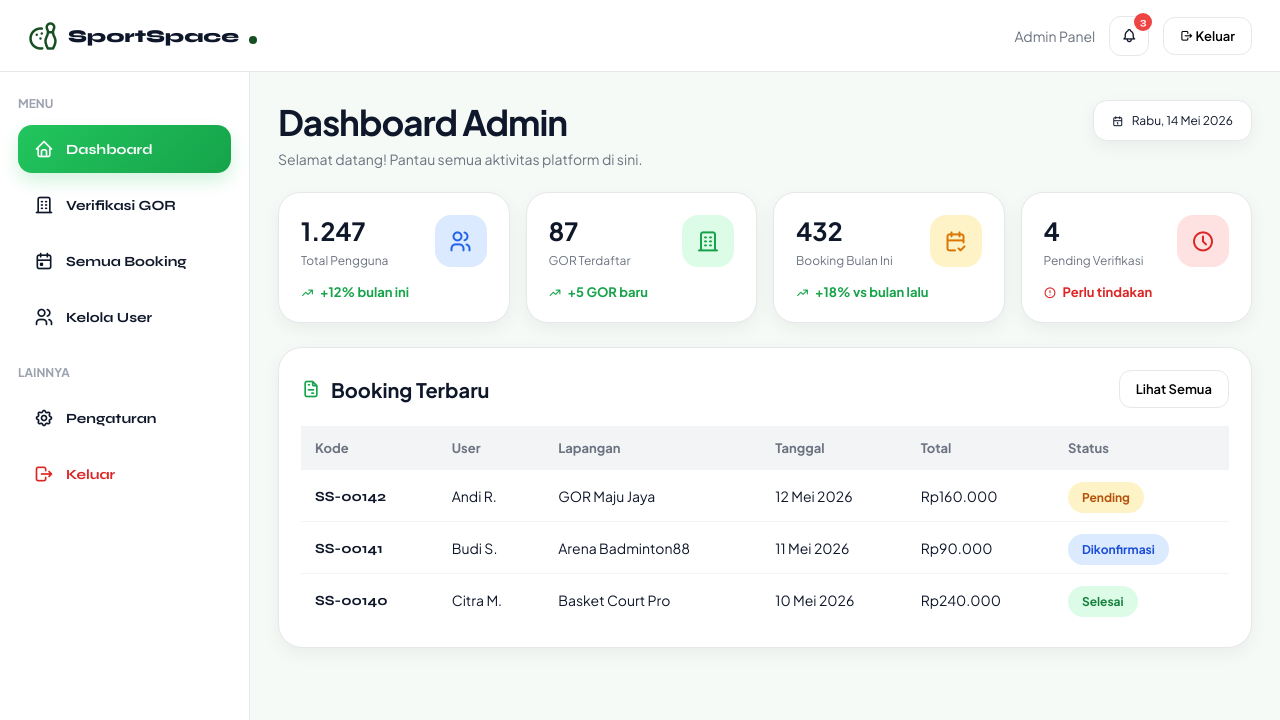
Repository: vira633/SportSpace
Page: dashboard-admin.html
These files come from the project's save history. The page is drawn as it stood at one moment and after the next save; the edit follows.
The browser window is 1280 px wide. The pictures show the whole page.
Some web libraries are served in a nearby version.

Above is the page before, as saved 2026-05-17 00:46:12.

### dashboard-admin.html
<!DOCTYPE html>
<html lang="id">
<head>
  <meta charset="UTF-8">
  <meta name="viewport" content="width=device-width, initial-scale=1.0">
  <title>Dashboard Admin — SportSpace</title>
  <link rel="stylesheet" href="admin.css">
  <link rel="stylesheet" href="https://cdn.jsdelivr.net/npm/@tabler/icons-webfont@3.31.0/dist/tabler-icons.min.css">
</head>

<body>

  <!-- TOAST NOTIFICATION -->
  <div id="toast" class="toast">
    <i class="ti ti-circle-check"></i>
    <span id="toastText">Berhasil!</span>
  </div>

  <!-- MODAL DETAIL USER -->
  <div class="modal-overlay" id="detailModal">
    <div class="detail-modal">
      <div class="modal-header">
        <h2>Detail User</h2>
        <button class="close-btn"
        onclick="closeDetailModal()">
          <i class="ti ti-x"></i>
        </button>

      </div>
      <div class="detail-content">
        <div class="detail-avatar">
          A
        </div>
        <h3>Riska Aprilia</h3>

        <p class="detail-role">
          User SportSpace
        </p>

        <div class="detail-list">
          <div class="detail-item">
            <span>Email</span>
            <strong>riska@gmail.com</strong>
          </div>

          <div class="detail-item">
            <span>No HP</span>
            <strong>0812-3456-7890</strong>
          </div>

          <div class="detail-item">
            <span>Status</span>
            <strong>Aktif</strong>
          </div>

          <div class="detail-item">
            <span>Bergabung</span>
            <strong>Januari 2026</strong>
          </div>
        </div>
      </div>
    </div>
  </div>

  <!-- NAVBAR -->
  <nav class="navbar">
    <a href="index.html"class="navbar-brand">
      <i class="ti ti-bowling"></i>
      <span>SportSpace</span>
      <div class="dot"></div>
    </a>

    <div class="navbar-actions">
      <span class="admin-text">
        Admin Panel
      </span>
      <div class="notif-container">

  <div class="notif" onclick="toggleNotif()">
    <i class="ti ti-bell"></i>
    <div class="notif-badge" id="notifBadge">
      3
    </div>
  </div>

  <div class="notif-dropdown"
  id="notifDropdown">

    <div class="notif-item">
      <i class="ti ti-building"></i>
      <span>
        GOR baru menunggu verifikasi
      </span>
    </div>

    <div class="notif-item">
      <i class="ti ti-calendar-event"></i>
      <span>
        Booking baru berhasil masuk
      </span>
    </div>

    <div class="notif-item">
      <i class="ti ti-users"></i>
      <span>
        Ada user baru terdaftar
      </span>
    </div>
  </div>
</div>

<a href="login.html">
  <button class="btn btn-outline btn-sm">
     <i class="ti ti-logout"></i>
     Keluar
    </button>
  </a>
 </div>
</nav>

  <!-- LAYOUT -->
   <div class="dashboard-layout">

    <!-- SIDEBAR -->
    <aside class="sidebar">
      <div>

        <div class="sidebar-section">
          MENU
        </div>

        <div class="sidebar-menu">

          <div class="sidebar-item active" onclick="showSection('dashboard', this)">
            <i class="ti ti-home"></i>
            <span>Dashboard</span>
          </div>

          <div class="sidebar-item"
          onclick="showSection('venue', this)">
            <i class="ti ti-building"></i>
            <span>Verifikasi GOR</span>
          </div>

          <div class="sidebar-item"
          onclick="showSection('booking', this)">
            <i class="ti ti-calendar-event"></i>
            <span>Semua Booking</span>
          </div>

          <div class="sidebar-item"
          onclick="showSection('user', this)">
            <i class="ti ti-users"></i>
            <span>Kelola User</span>
          </div>
        </div>

        <div class="sidebar-section extra">
          LAINNYA
        </div>

        <div class="sidebar-menu">

          <div class="sidebar-item"
          onclick="showSection('setting', this)">
            <i class="ti ti-settings"></i>
            <span>Pengaturan</span>
          </div>

          <a href="login.html" class="logout-link">
            <div class="sidebar-item logout">
              <i class="ti ti-logout"></i>
              <span>Keluar</span>
            </div>
          </a>
        </div>
      </div>
    </aside>

    <!-- CONTENT -->
    <main class="dashboard-content">

      <!-- DASHBOARD -->
      <section id="section-dashboard">
        <div class="top-header">
          <div>
            <h1 class="page-title">
              Dashboard Admin
            </h1>

            <p class="page-sub">
              Selamat datang! Pantau semua aktivitas platform di sini.
            </p>
          </div>

          <div class="date-card">
            <i class="ti ti-calendar"></i>
            Rabu, 14 Mei 2026
          </div>
        </div>

        <!-- STATS -->
        <div class="stats-grid">
          <div class="stat-card">
            <div class="stat-top">
              <div>
                <div class="stat-value">
                  1.247
                </div>

                <div class="stat-label">
                  Total Pengguna
                </div>
              </div>

              <div class="stat-icon blue-bg">
                <i class="ti ti-users"></i>
              </div>
            </div>

            <div class="stat-change stat-up">
              <i class="ti ti-trending-up"></i>
              +12% bulan ini
            </div>
          </div>

          <div class="stat-card">
            <div class="stat-top">
              <div>
                <div class="stat-value">
                  87
                </div>

                <div class="stat-label">
                  GOR Terdaftar
                </div>
              </div>

              <div class="stat-icon green-bg">
                <i class="ti ti-building"></i>
              </div>
            </div>

            <div class="stat-change stat-up">
              <i class="ti ti-trending-up"></i>
              +5 GOR baru
            </div>
          </div>

          <div class="stat-card">
            <div class="stat-top">
              <div>

                <div class="stat-value">
                  432
                </div>

                <div class="stat-label">
                  Booking Bulan Ini
                </div>
              </div>

              <div class="stat-icon amber-bg">
                <i class="ti ti-calendar-check"></i>
              </div>
            </div>

            <div class="stat-change stat-up">
              <i class="ti ti-trending-up"></i>
              +18% vs bulan lalu
            </div>
          </div>

          <div class="stat-card">
            <div class="stat-top">
              <div>

                <div class="stat-value">
                  4
                </div>

                <div class="stat-label">
                  Pending Verifikasi
                </div>
              </div>

              <div class="stat-icon red-bg">
                <i class="ti ti-clock"></i>
              </div>
            </div>

            <div class="stat-change danger">
              <i class="ti ti-alert-circle"></i>
              Perlu tindakan
            </div>
          </div>
        </div>

        <!-- BOOKING TERBARU -->
        <div class="card">
          <div class="card-header">
            <div class="card-title">
              <i class="ti ti-file-invoice"></i>
              Booking Terbaru
            </div>

            <button class="btn btn-outline btn-sm"
            onclick="openBookingSection()">
              Lihat Semua
            </button>
          </div>

          <div class="table-wrapper">
            <table class="table">
              <thead>
                <tr>
                  <th>Kode</th>
                  <th>User</th>
                  <th>Lapangan</th>
                  <th>Tanggal</th>
                  <th>Total</th>
                  <th>Status</th>
                </tr>
              </thead>
              <tbody>

                <tr>
                  <td><strong>SS-00142</strong></td>
                  <td>Andi R.</td>
                  <td>GOR Maju Jaya</td>
                  <td>12 Mei 2026</td>
                  <td>Rp160.000</td>
                  <td><span class="badge badge-amber">Pending</span></td>
                </tr>

                <tr>
                  <td><strong>SS-00141</strong></td>
                  <td>Budi S.</td>
                  <td>Arena Badminton88</td>
                  <td>11 Mei 2026</td>
                  <td>Rp90.000</td>
                  <td><span class="badge badge-blue">Dikonfirmasi</span></td>
                </tr>

                <tr>
                  <td><strong>SS-00140</strong></td>
                  <td>Citra M.</td>
                  <td>Basket Court Pro</td>
                  <td>10 Mei 2026</td>
                  <td>Rp240.000</td>
                  <td><span class="badge badge-green">Selesai</span></td>
                </tr>
              </tbody>
            </table>
          </div>
        </div>
      </section>

      <!-- VERIFIKASI -->
      <section id="section-venue" class="hidden">
        <div class="top-header">
          <div>
            <h1 class="page-title">
              Verifikasi GOR
            </h1>
            <p class="page-sub">
              Kelola dan verifikasi GOR baru sebelum tampil di platform.
            </p>
          </div>
        </div>
        <div class="venue-grid">
          <div class="venue-card">
            <div class="venue-top">
              <div class="venue-icon">
                <i class="ti ti-building-stadium"></i>
              </div>
              <span class="badge badge-amber">
                Pending
              </span>
            </div>

            <h3 class="venue-title">
              GOR Sejahtera Mandiri
            </h3>

            <div class="venue-location">
              <i class="ti ti-map-pin"></i>
              Sleman, Yogyakarta
            </div>

            <div class="venue-info-list">
              <div>
                <i class="ti ti-user"></i>
                Pemilik: Bapak Hendra
              </div>

              <div>
                <i class="ti ti-calendar"></i>
                Daftar: 09 Mei 2026
              </div>

              <div>
                <i class="ti ti-ball-football"></i>
                Futsal & Badminton
              </div>
            </div>

            <div class="venue-actions">

              <button class="btn btn-primary btn-sm" onclick="showToast('GOR berhasil diterima!')">
                Terima
              </button>

              <button class="btn btn-outline btn-sm reject-btn" onclick="showToast('GOR berhasil ditolak!')">
                Tolak
              </button>
            </div>
          </div>
        </div>
      </section>

      <!-- BOOKING -->
      <section id="section-booking" class="hidden">
        <div class="top-header">
          <div>

            <h1 class="page-title">
              Semua Booking
            </h1>

            <p class="page-sub">
              Pantau seluruh transaksi booking pengguna SportSpace.
            </p>
          </div>
        </div>

        <div class="card">
          <div class="card-header">
            <div class="card-title">
              <i class="ti ti-receipt"></i>
              Data Booking
            </div>
          </div>
          <div class="table-wrapper">
            <table class="table">
              <thead>
                <tr>
                  <th>Kode</th>
                  <th>User</th>
                  <th>Lapangan</th>
                  <th>Tanggal</th>
                  <th>Jam</th>
                  <th>Total</th>
                  <th>Status</th>
                </tr>
              </thead>
              <tbody>

                <tr>
                  <td><strong>SS-00142</strong></td>
                  <td>Andi R.</td>
                  <td>Futsal A</td>
                  <td>12 Mei 2026</td>
                  <td>13.00 - 15.00</td>
                  <td>Rp160.000</td>
                  <td><span class="badge badge-amber">Pending</span></td>
                </tr>

                <tr>
                  <td><strong>SS-00141</strong></td>
                  <td>Budi S.</td>
                  <td>Badminton A</td>
                  <td>11 Mei 2026</td>
                  <td>09.00 - 11.00</td>
                  <td>Rp90.000</td>
                  <td><span class="badge badge-blue">Dikonfirmasi</span></td>
                </tr>
              </tbody>
            </table>
          </div>
        </div>
      </section>

      <!-- USER -->
      <section id="section-user" class="hidden">
        <div class="top-header">
          <div>
            <h1 class="page-title">
              Kelola User
            </h1>

            <p class="page-sub">
              Pantau akun pengguna dan owner yang terdaftar.
            </p>
          </div>
        </div>

        <div class="user-grid">
          <div class="user-card">
            <div class="user-top">
              <div class="user-avatar">
                A
              </div>

              <span class="badge badge-blue">
                User
              </span>
            </div>

            <h3 class="user-name">
              Riska Aprilia
            </h3>

            <div class="user-email">
              riska@gmail.com
            </div>

            <div class="user-role">
              Bergabung sejak Januari 2026
            </div>

            <div class="user-actions">

              <button class="btn btn-outline btn-sm"
              onclick="openDetailModal()">
                Detail
              </button>

              <button class="btn btn-outline btn-sm reject-btn"
              onclick="showToast('User berhasil diblokir!')">
                Ban
              </button>
            </div>
          </div>
        </div>
      </section>

      <!-- SETTING -->
      <section id="section-setting" class="hidden">
        <div class="top-header">
          <div>

            <h1 class="page-title">
              Pengaturan
            </h1>

            <p class="page-sub">
              Atur konfigurasi utama platform SportSpace.
            </p>
          </div>
        </div>

        <div class="setting-grid">
          <div class="setting-card">
            <h3>
              Pengaturan Platform
            </h3>

            <div class="form-group">
              <label>
                Nama Platform
              </label>

              <input type="text"
              value="SportSpace">
            </div>

            <div class="form-group">
              <label>
                Email Admin
              </label>
              <input type="email"
              value="admin@sportspace.com">
            </div>

            <button class="btn btn-primary btn-sm"
            onclick="showToast('Perubahan berhasil disimpan!')">
              Simpan Perubahan
            </button>
          </div>
        </div>
      </section>
    </main>
  </div>

  <script>
    function showSection(name, item){
      document
      .querySelectorAll('[id^="section-"]')
      .forEach(section => {
        section.classList.add('hidden');
      });

      document
      .getElementById('section-' + name)
      .classList.remove('hidden');

      document
      .querySelectorAll('.sidebar-item')
      .forEach(menu => {
        menu.classList.remove('active');
      });

      item.classList.add('active');
    }

    function openBookingSection(){
      document
      .querySelectorAll('[id^="section-"]')
      .forEach(section => {
        section.classList.add('hidden');
      });

      document
      .getElementById('section-booking')
      .classList.remove('hidden');

      document
      .querySelectorAll('.sidebar-item')
      .forEach(menu => {
        menu.classList.remove('active');
      });

      document
      .querySelectorAll('.sidebar-item')[2]
      .classList.add('active');
    }

    function toggleProfileMenu(){
      const dropdown =
      document.getElementById('profileDropdown');

      dropdown.classList.toggle('active');
    }

    function showToast(message){
      const toast =
      document.getElementById('toast');

      const toastText =
      document.getElementById('toastText');

      toastText.innerText = message;

      toast.classList.add('show');

      setTimeout(() => {
        toast.classList.remove('show');
      }, 3000);
    }

    function openDetailModal(){
      document
      .getElementById('detailModal')
      .classList.add('active');
    }

    function closeDetailModal(){
      document
      .getElementById('detailModal')
      .classList.remove('active');
    }

    function toggleNotif(){
      const dropdown =
      document.getElementById('notifDropdown');

      const badge =
      document.getElementById('notifBadge');

      dropdown.classList.toggle('active');

      if(dropdown.classList.contains('active')){
         badge.style.display = 'none';
  }
}

window.addEventListener('click', function(e){
  if(
    !e.target.closest('.notif-container')
  ){
    const notif =
    document.getElementById('notifDropdown');

    if(notif){
      notif.classList.remove('active');
    }
  }
}
);
  </script>
</body>
</html>

Loaded but not shown: admin.css (1012 lines, source omitted)

After the next save:
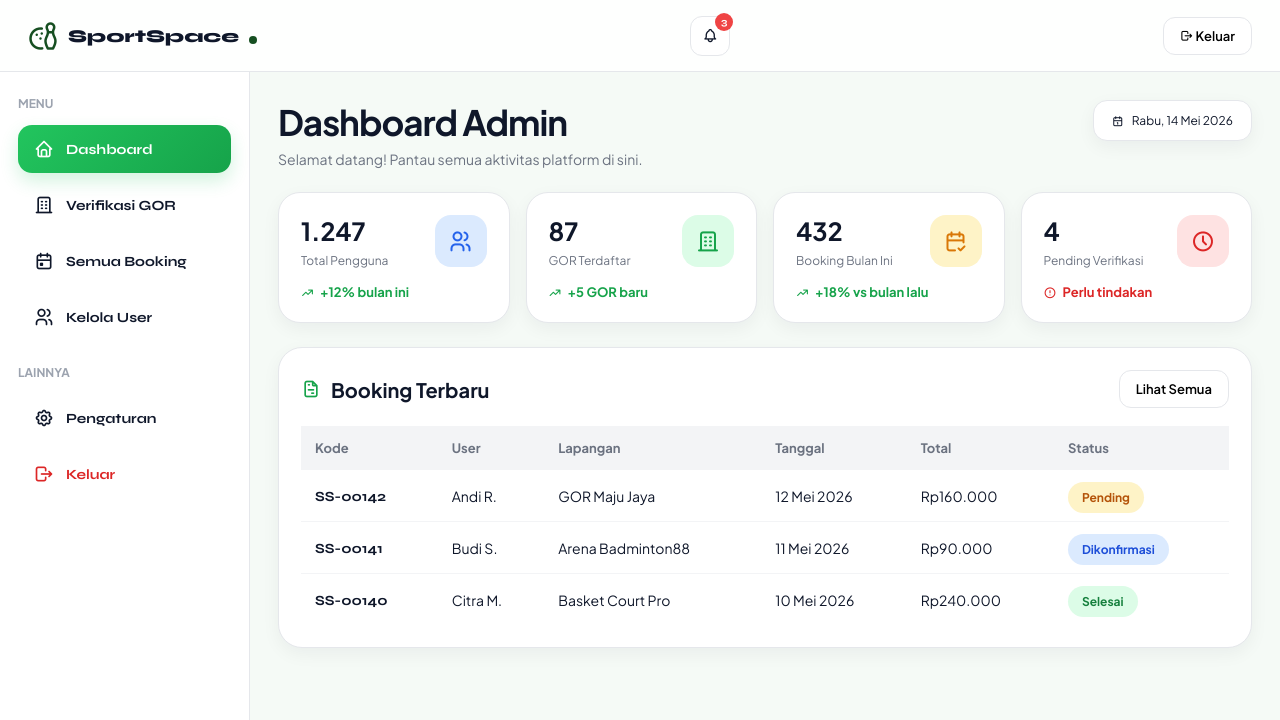
Saved 67 s later.
--- a/dashboard-admin.html
+++ b/dashboard-admin.html
@@ -69,12 +69,6 @@
       <span>SportSpace</span>
       <div class="dot"></div>
     </a>
-
-    <div class="navbar-actions">
-      <span class="admin-text">
-        Admin Panel
-      </span>
-      <div class="notif-container">
 
   <div class="notif" onclick="toggleNotif()">
     <i class="ti ti-bell"></i>

After the save that followed:
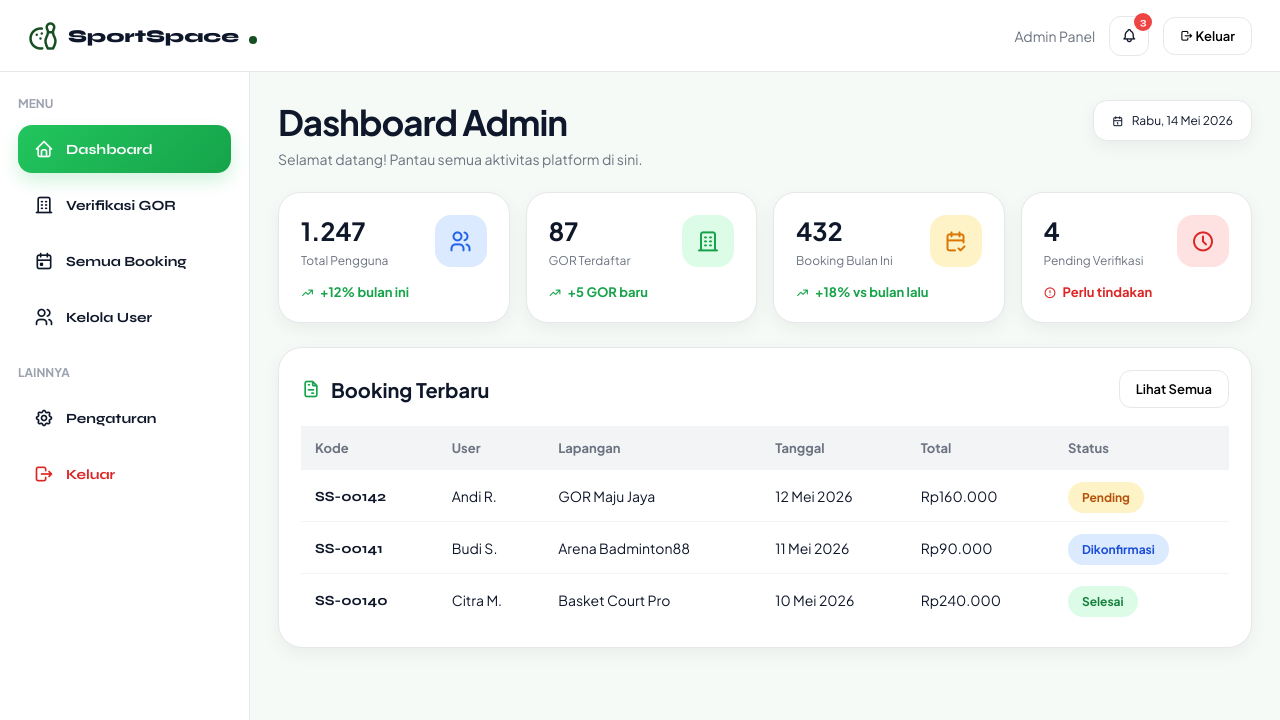
Saved 81 s later.
--- a/dashboard-admin.html
+++ b/dashboard-admin.html
@@ -69,6 +69,12 @@
       <span>SportSpace</span>
       <div class="dot"></div>
     </a>
+
+    <div class="navbar-actions">
+      <span class="admin-text">
+        Admin Panel
+      </span>
+      <div class="notif-container">
 
   <div class="notif" onclick="toggleNotif()">
     <i class="ti ti-bell"></i>
